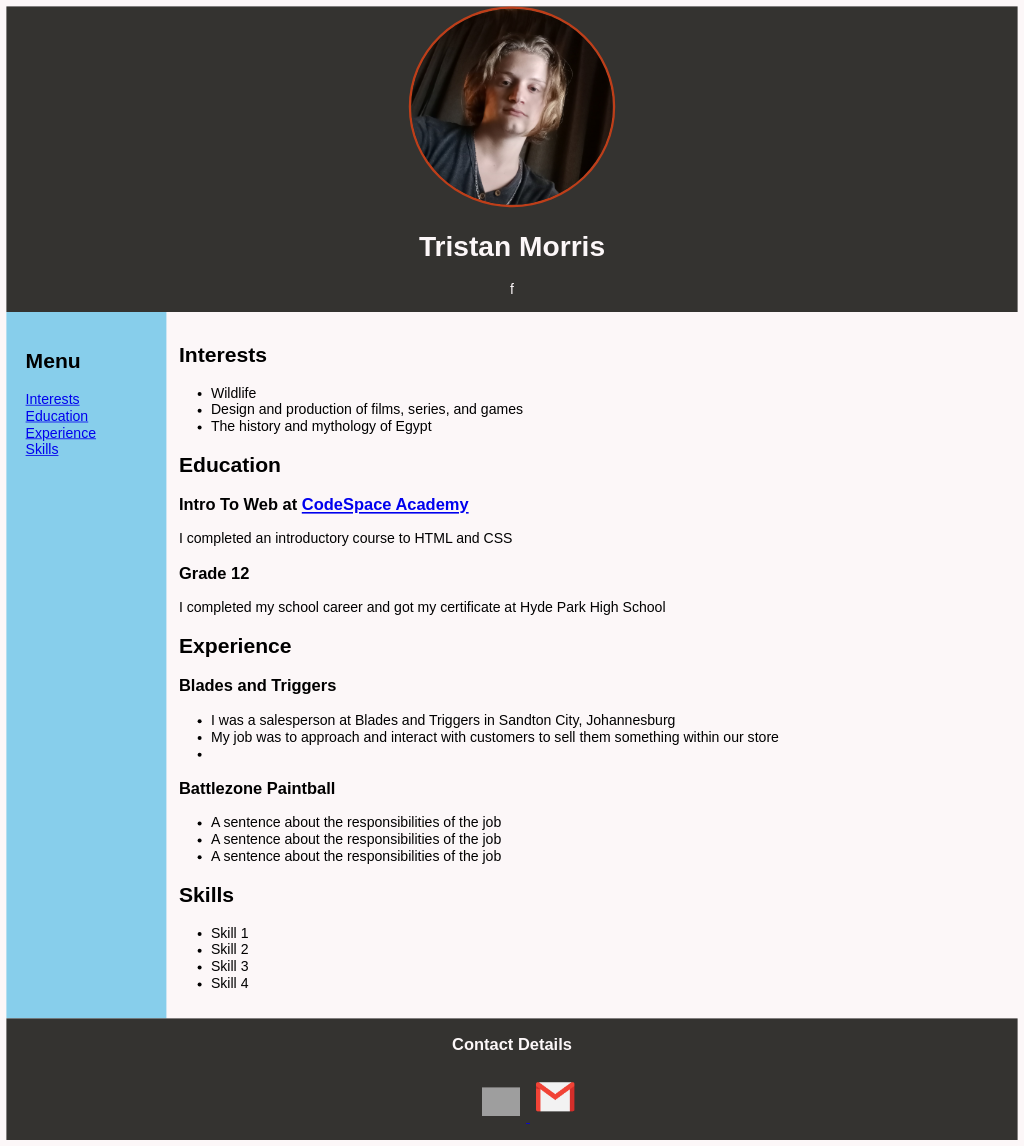
Repository: TristanKMorris/introToWebDesignAssignment
Page: resume.html
An editor plug-in stored every save of this project. The page is shown before and after the next save, followed by the edit.
The browser window is 1280 px wide. The pictures show the whole page, at 80% of full size.
Pictures or frames that could not be fetched are drawn as grey boxes.

Above is the page before, as saved 2022-06-02 22:27:36.

After the next save:
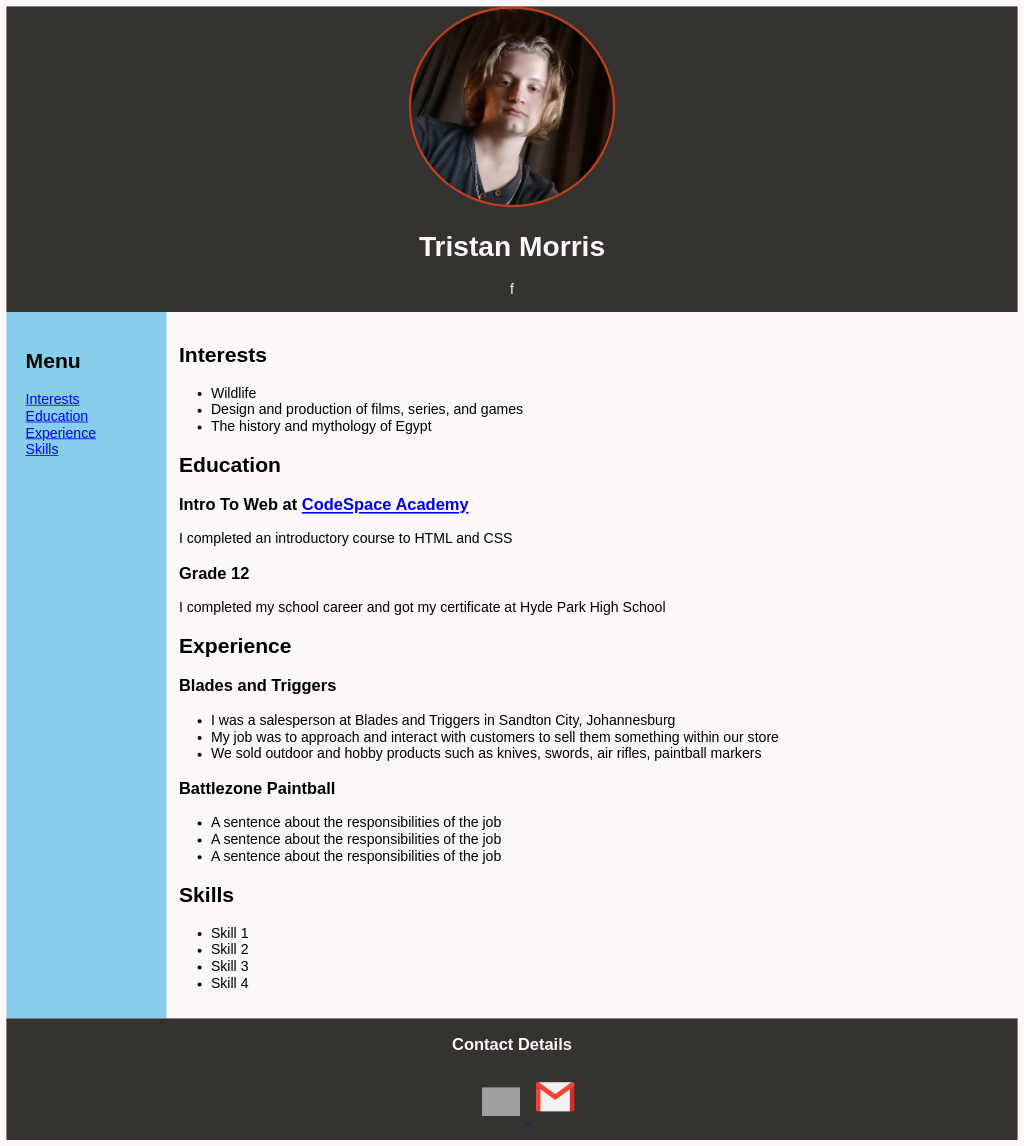
Saved 67 s later.
--- a/resume.html
+++ b/resume.html
@@ -71,7 +71,7 @@
 
               <li>I was a salesperson at Blades and Triggers in Sandton City, Johannesburg</li>
               <li>My job was to approach and interact with customers to sell them something within our store</li>
-              <li></li>
+              <li>We sold outdoor and hobby products such as knives, swords, air rifles, paintball markers</li>
 
             </ul>
 
